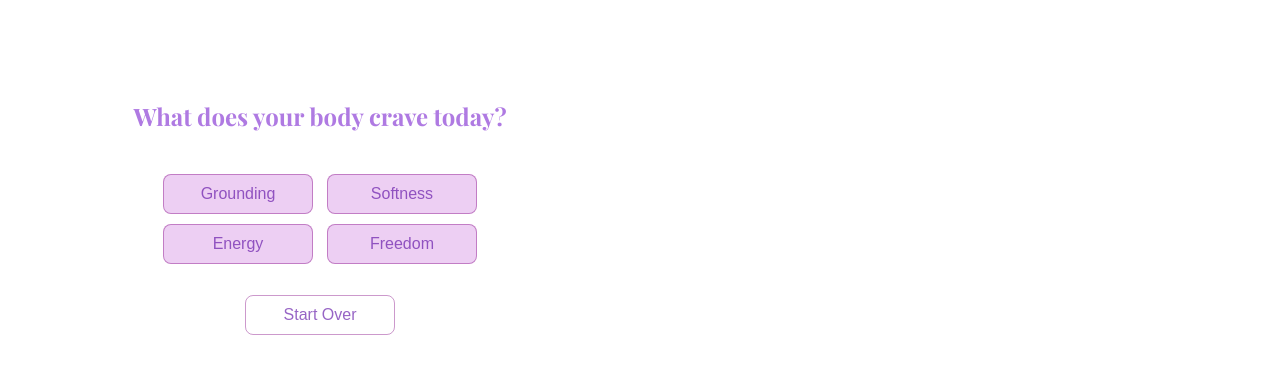
Repository: karim0829/Bella-Oter-Project
Page: index.html
These files come from the project's save history. The page is drawn as it stood at one moment and after the next save; the edit follows.
The browser window is 1280 px wide. The pictures show the whole page.
Some web fonts or font styles are not loaded; a fallback is used.

Above is the page before, as saved 2025-06-30 21:02:17.

After the next save:
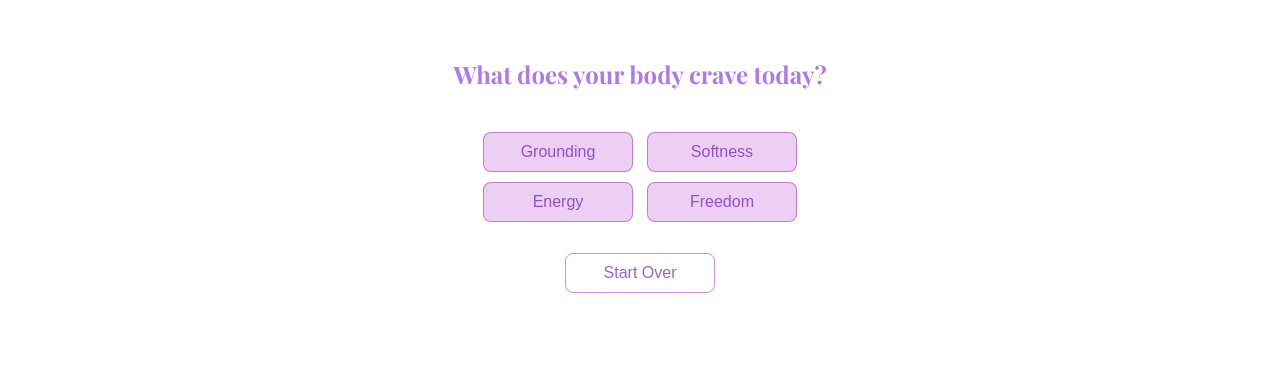
Saved 5 s later.
--- a/style.css
+++ b/style.css
@@ -59,7 +59,10 @@ form h1 {
 
 }
 
-
+.flex {
+  display: flex;
+  justify-content: center;
+}
 
 @media (min-width: 768px) {
   .flex {
